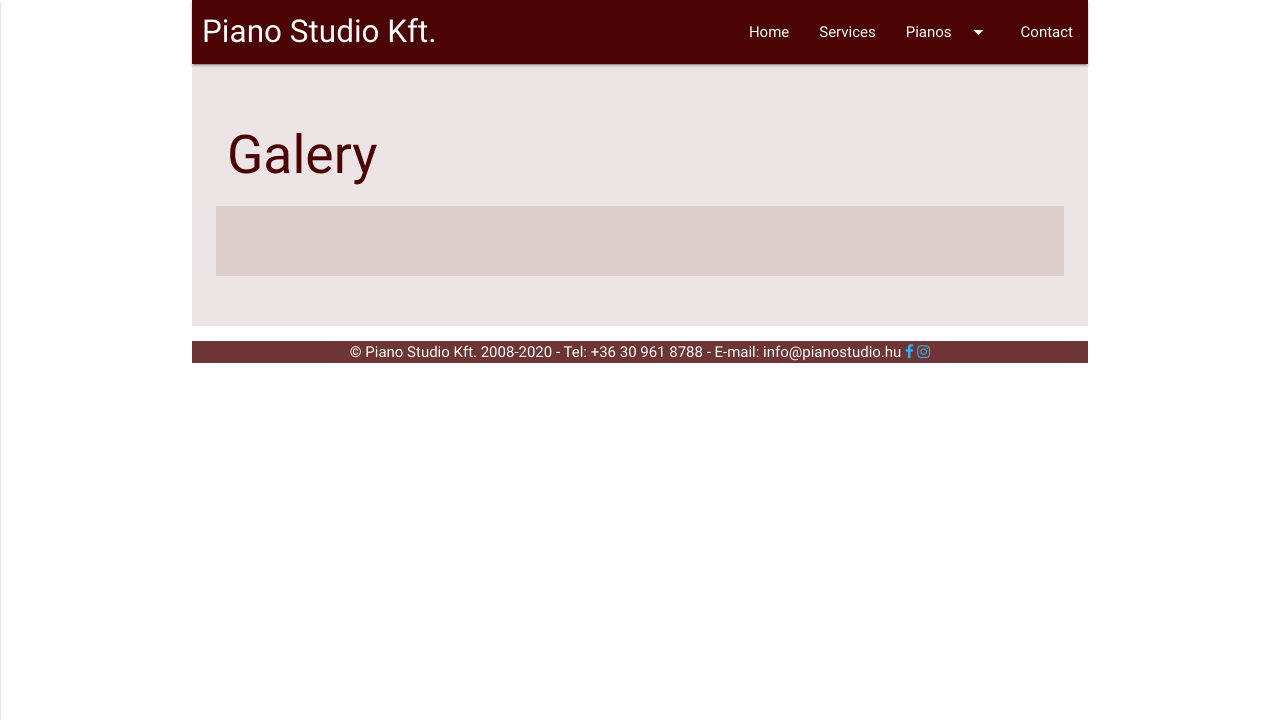
Repository: badiattila/pianostudioheroku
Page: http://localhost/galery
The author's editor kept a record of every edit. The page is drawn from the files as they stood at one moment, then again after the next edit.
The browser window is 1280 px wide. The pictures show the whole page.
Some web libraries are served in a nearby version. The page is served by the project's application, run on Flask 3 (app.py).

Above is the page before.

### templates/galery.html
{% extends 'base.html' %} {% block head %} {% endblock %} {% block content %}

<!-- Contact Form  -->
<div class="op" id="sample">
  <h2>Galery</h2>
  <div class="row op s12" id="sample">
  </div>
</div>
{% endblock %} {% block bottom %}
<!-- Instagram helper js for this website -->
<script src="{{url_for('static', filename='js/instagram-information.js')}}"></script>
<script type="text/javascript">
  $(window).on("load", fetchInstagramInformation());
</script>
{% endblock %}

### templates/base.html
<!DOCTYPE html>

<html lang="en">

<head>

    <!-- Meta tags -->
    <meta charset="utf-8">
    <!-- Font awsome -->
    <link rel="stylesheet" href="https://maxcdn.bootstrapcdn.com/font-awesome/4.7.0/css/font-awesome.min.css" type="text/css" />
    <!-- Hover -->
    <link rel="stylesheet" href="https://cdnjs.cloudflare.com/ajax/libs/hover.css/2.1.1/css/hover-min.css" type="text/css" />
    <!-- Material icons by Google -->
    <link href="https://fonts.googleapis.com/icon?family=Material+Icons" rel="stylesheet">
    <!-- Compiled and minified materialize CSS -->
    <link rel="stylesheet" href="https://cdnjs.cloudflare.com/ajax/libs/materialize/0.100.2/css/materialize.min.css">
    <!-- Specific Css for this website -->
    <link rel="stylesheet" href="{{url_for('static', filename='css/style.css')}}" type="text/css" />

    <title>Piano Studio Kft. - Services - </title>
    <link href="{{url_for('static', filename='pictures/favicon.ico')}}" rel="shortcut icon" type="image/x-icon" />
    <meta name="description" content="Piano rental, tuning and repair - Piano Studio Kft." />
    <meta name="keywords" content="Piano rental,piano tuning,piano repair,piano studio" />
    <meta name="copyright" content="Piano Studio Kft." />
    <meta name="author" content="Attila Badi/Piano Studio Kft." />
    <meta name="email" content="info@pianostudio.hu" /> {% block head %} {% endblock %}


</head>

<body>
    <div class="container">
        <header>
            <ul id="dropdown2" class="dropdown-content">
                <li><a href="{{url_for('pianos_for_sale')}}">Sale</a></li>
                <li><a href="{{url_for('createadd')}}">Create Add</a></li>
            </ul>
            <nav>
                <div class="nav-wrapper redbg">
                    <a href="{{url_for('index')}}" class="brand-logo">Piano Studio Kft.</a>
                    <a href="#" data-activates="mobile-demo" class="button-collapse"><i class="material-icons">menu</i></a>
                    <ul id="nav-mobile" class="right hide-on-med-and-down">
                        <li><a href="{{url_for('index')}}">Home</a></li>
                        <li><a href="{{url_for('services')}}">Services</a></li>
                        <!-- Dropdown Trigger -->
                        <li><a class="dropdown-trigger" href="#!" data-target="dropdown2">Pianos<i class="material-icons right">arrow_drop_down</i></a></li>

                        <li><a href="{{url_for('contact')}}">Contact</a></li>
                    </ul>
                    <ul class="side-nav" id="mobile-demo">
                        <li><a href="{{url_for('index')}}">Home</a></li>
                        <li><a href="{{url_for('services')}}">Services</a></li>
                        <li><a href="{{url_for('pianos_for_sale')}}">Sale</a></li>
                        <li><a href="{{url_for('createadd')}}">Create Add</a></li>
                        <li><a href="{{url_for('contact')}}">Contact</a></li>
                    </ul>
                </div>
            </nav>

        </header>
        {% block content %} {% endblock %}

        <footer class="footer redbg">
            <p>&copy; Piano Studio Kft. 2008-2020 - Tel: +36 30 961 8788 - E-mail: info@pianostudio.hu
                <a target="_blank" href="https://www.facebook.com/zongoraterem"><i class="fa fa-facebook" aria-hidden="true"></i></a>
                <a target="_blank" href="https://www.instagram.com/pianostudiokft"><i class="fa fa-instagram" aria-hidden="true"></i></a>
            </p>
        </footer>
    </div>

    <script src="https://code.jquery.com/jquery-3.4.1.min.js" integrity="sha256-CSXorXvZcTkaix6Yvo6HppcZGetbYMGWSFlBw8HfCJo=" crossorigin="anonymous"></script>
    <script src="https://cdnjs.cloudflare.com/ajax/libs/materialize/0.100.2/js/materialize.min.js"></script>

    <script>
        $(document).ready(function() {
            $('.modal').modal();
            $('.dropdown-trigger').dropdown();
            $('.collapsible').collapsible();
            $('select').material_select();
            $('.button-collapse').sideNav();
        });
    </script>

</body>

</html>

### app.py
import os
from flask import Flask, render_template, redirect, request, url_for
from flask_pymongo import PyMongo
from bson.objectid import ObjectId
from flask_mail import Mail, Message

app = Flask(__name__)

app.config["MONGO_DBNAME"] = 'piano_studio'
app.config["MONGO_URI"] = 'mongodb://attilabadi:K00nK00n1234@mycodeinstitutecluster-shard-00-00-wpsfr.mongodb.net:27017,mycodeinstitutecluster-shard-00-01-wpsfr.mongodb.net:27017,mycodeinstitutecluster-shard-00-02-wpsfr.mongodb.net:27017/piano_studio?ssl=true&replicaSet=MyCodeInstituteCluster-shard-0&authSource=admin&retryWrites=true&w=majority'
mongo = PyMongo(app)

app.config.update(
	DEBUG=True,
	#EMAIL SETTINGS
	MAIL_SERVER='mail.pianostudio.hu',
	MAIL_PORT=465,
	MAIL_USE_SSL=True,
	MAIL_USERNAME = 'contact@pianostudio.hu',
	MAIL_PASSWORD = os.environ.get('SMTPPW')
	)
mail = Mail(app)

@app.route('/')
@app.route('/index')
def index():
        return render_template("index.html")

@app.route('/contact')
def contact():
        return render_template("contact.html")

@app.route('/services')
def services():
        return render_template("services.html")

@app.route('/pianos_for_sale')
def pianos_for_sale():
        return render_template("pianos_for_sale.html", pianos=mongo.db.pianos_4_sale.find(), len=mongo.db.pianos_4_sale.find().count())

@app.route('/createadd')
def createadd():
        return render_template("create_add.html")

@app.route('/rent')
def rent():
        return render_template("rent.html")

@app.route('/galery')
def galery():
        return render_template("galery.html")

@app.route('/insert_add', methods=['POST'])
def insert_add():
        file_id = mongo.save_file(request.files['picture'].filename, request.files['picture'])
        mongo.db.pianos_4_sale.insert({
            'brand': request.form.get('brand') ,
            'description' : request.form.get('description') ,
            'age' : request.form.get('age') ,
            'price' : request.form.get('price') ,
            'file_name' : request.files['picture'].filename})
        return redirect(url_for('pianos_for_sale'))

@app.route('/file/<file_name>')
def file(file_name):
    return mongo.send_file(file_name)

@app.route('/delete_piano/<piano_id>')
def delete_piano(piano_id):
    mongo.db.pianos_4_sale.remove({'_id': ObjectId(piano_id)})
    return redirect(url_for('pianos_for_sale'))

@app.route('/edit_piano/<piano_id>')
def edit_piano(piano_id):
    return render_template('edit_piano.html', piano=mongo.db.pianos_4_sale.find_one({"_id": ObjectId(piano_id)}))


@app.route('/update_piano/<piano_id>', methods=['POST'])
def update_piano(piano_id):
    file_id = mongo.save_file(request.files['picture'].filename, request.files['picture'])
    mongo.db.pianos_4_sale.update( {'_id': ObjectId(piano_id)},
    {
            'brand': request.form.get('brand') ,
            'description' : request.form.get('description') ,
            'age' : request.form.get('age') ,
            'price' : request.form.get('price') ,
            'file_name' : request.files['picture'].filename
    })
    return redirect(url_for('pianos_for_sale'))

@app.route('/send_mail/', methods=['POST'])
def send_mail():
    try:
        msg = Message("Contact from pianostudio (" + request.form.get('user_fname') +" "+ request.form.get('user_sname') +")", sender=request.form.get('user_email'),recipients=["attila.badi@gmail.com"])
        msg.body = request.form.get('message')
        mail.send(msg)
        return render_template('contact_success.html')
    except:
        return render_template('contact_error.html')

if __name__ == "__main__":
    port = int(os.environ.get("PORT", 5000))
    app.run(host='0.0.0.0', port=port)

### static/css/style.css
.left {
  float: left;
}

.right {
  float: right;
}

/* Picture formatting for gallery and teaser pictures */

.right-teaser {
  padding: 1px;
  border: 1px solid #4c0303;
  float: right;
  margin: 0 0 1em 1em;
  width: 12vw;
}

.galery-pic {
  padding: 1px;
  border: 1px solid #4c0303;
  margin: 0 0 1em 1em;
  width: 12vw;
}

.btn_small {
  height: 24px;
  width: 60px;
  line-height: 24px;
  margin: 5px 5px;
  padding: 0 0.5em;
}

.btn_mid {
  height: 24px;
  width: 120px;
  line-height: 24px;
  margin: 5px 5px;
  padding: 0 0.5em;
}

.footer {
  color: white;
  opacity: 0.8;
  filter: alpha(opacity=80);
  text-align: center;
}

.redbg {
  background-color: #4c0303;
}

.nav-wrapper {
  padding-left: 10px;
}

/* Opacity classes for different elements */

.op {
  background: rgba(76, 3, 3, 0.1);
  /*background with 30% opacity */
  color: rgba(76, 3, 3);
  padding: 35px;
  margin-bottom: 15px;
}

.dropdown-content {
  width: max-content !important;
  height: auto !important;
}

/* ID based background behaviour */
#intro {
    background-attachment: scroll;
    background-image: url('../pictures/4k-wallpaper-close-up-fingers-1246437.jpg');
    background-position: center;
    background-size: cover;
    width: 100vw;
    background-repeat: no-repeat;
    position: relative;
}

After the next edit:
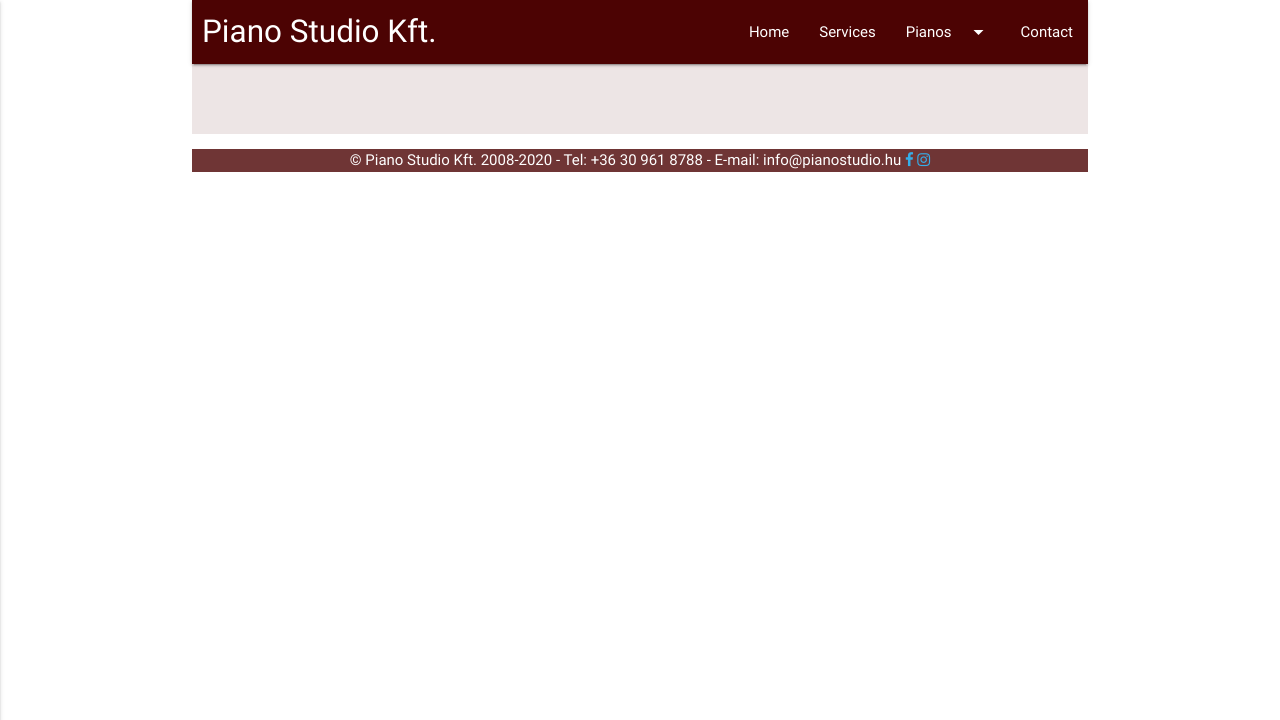
The edit:
--- a/templates/galery.html
+++ b/templates/galery.html
@@ -2,9 +2,6 @@
 
 <!-- Contact Form  -->
 <div class="op" id="sample">
-  <h2>Galery</h2>
-  <div class="row op s12" id="sample">
-  </div>
 </div>
 {% endblock %} {% block bottom %}
 <!-- Instagram helper js for this website -->
